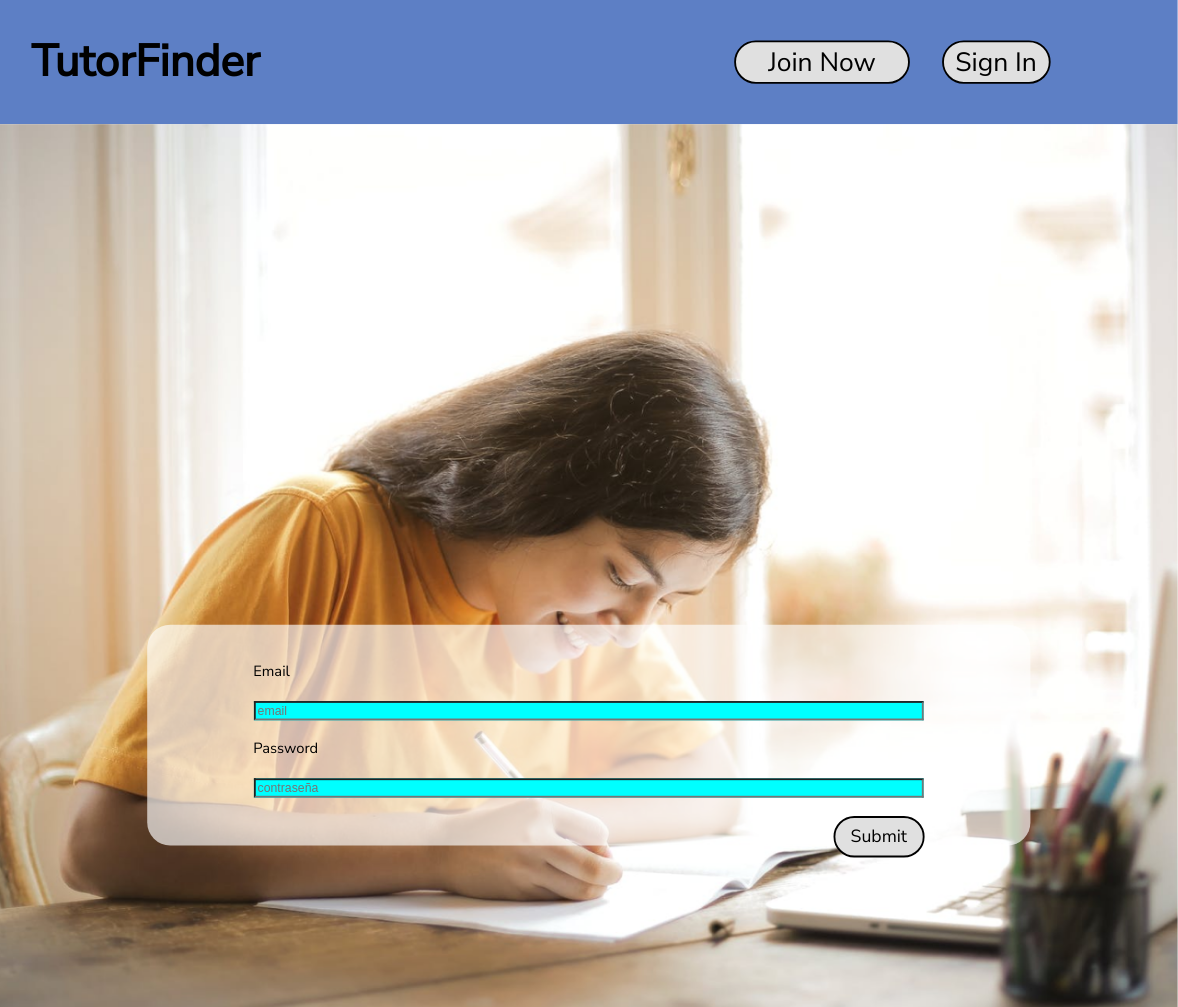
Repository: uprm-inso-4117-2020-2021-s2/semester-project-uprm-inso-4117-2020-2021-s2-team-7
Page: / (app in tutorfinder/)
The author's editor kept a copy of each file at every save. The page is drawn from the files as they stood at one save, then again after the next save.
The browser window is 1280 px wide. The pictures show the whole page, at 92% of full size.
The project was rebuilt for these pictures with package versions that can differ from the ones it lists, and the page was loaded fresh each time. Also part of the build but not shown: tutorfinder/src/App.css, tutorfinder/src/Search.js.

Above is the page before, as saved 2021-03-30 00:26:03.

### tutorfinder/src/App.js
import React from "react";
import './App.css';
import Nav from './Nav.js';
import Welcome from "./Welcome";




function App() {
  return (

      <div className="">

        <Nav />
     <Welcome/>

      </div>

  );
}



export default App;

### tutorfinder/src/Nav.js
import React from "react";
import "./App.css";
import "./Nav.css"

class Nav extends React.Component {

  render(){

  return (
    <div className="">
  <table className="navBar">
      <tr>
          <td className="left"><h1 className="title">TutorFinder</h1></td>

          <td className="middle "><button className="buttons buttonLetters ">Join Now</button></td>
          <td className="right"><button className="buttons buttonLetters">Sign In</button></td>
      </tr>
      </table>

    </div>
  );
}
}

export default Nav;

### tutorfinder/src/Welcome.js
import React from "react";
import "./App.css";
import "./Welcome.css"
import foto from "./assets/bg.png"
import Search from "./Search";
import Login from "./Login";

class Welcome extends React.Component {

  render(){

  return (
    <div className="background">


 {/* <Search/> */}
 <Login/>

    </div>
  );
}
}

export default Welcome;

### tutorfinder/src/Nav.css
@import url("https://fonts.googleapis.com/css2?family=Nunito+Sans&display=swap");

.title {
  font-family: "Nunito Sans", sans-serif;
  font-style: normal;
  font-weight: bold;
  font-size: 48px;
  line-height: 65px;

}

.navBar {
    table-layout: fixed;
  background-color: #5d7fc5;
  width: 100%;
}

.buttons {
  background: #e0e0e0;
  border-radius: 45px;
  outline: none;
  border-style: solid;

}

.buttonLetters {
  font-family: "Nunito Sans", sans-serif;
  font-style: normal;
  font-weight: 300;
  font-size: 1.8em;
  line-height: 41px;
  text-align: center;
  padding-right: 10%;
  padding-left: 10%;

}

.left{
text-align: left;
padding-left: 2.5%;
width: 50%;
}

.right{
    text-align: left;
    padding-right: 10%;
    width: 20%;
}

.middle{
    /* background-color: red; */
    text-align: right;
    padding-right: 2.5%;
}

### tutorfinder/src/Welcome.css

@import url("https://fonts.googleapis.com/css2?family=Nunito+Sans&display=swap");

.background{
background-image: url("./assets/bg.png");
width:100%;
height:60em;
position:relative;
}

.square{
    background: rgba(255, 255, 255, 0.65);
border-radius: 25px;
text-align: center;
}

.everything{
    position:absolute;
    top:50%;
    left:50%;
    width :75%;
    height:25%;
    margin-left:-37.5%;
    margin-top:5%;

}

.search{
    width: 100%;
    background: #FFFFFF;
box-shadow: 0px 4px 4px rgba(0, 0, 0, 0.25);
border-radius: 50px;
height: 1.5em;
}

.paragraph{
    font-family: "Nunito Sans", sans-serif;
font-style: normal;
font-weight: 300;
font-size: 1.5em;
line-height: 49px;
text-align: center;
}

.heading{
    font-family: "Nunito Sans", sans-serif;
font-style: normal;
font-weight: bold;
font-size: 3em;
line-height: 87px;
text-align: center;
}

.login{
    position:absolute;
    top:50%;
    left:50%;
    width :75%;
    height:25%;
    margin-left:-37.5%;
    margin-top:5%;
    text-align: center;
    background: rgba(255, 255, 255, 0.65);
    border-radius: 25px;
}

.size{
    width: 75%;
    background-color: aqua;
}

.fullWidth{
    width: 100%;
}

.text-right{
    text-align: right;
    padding-right: 12%;
}

.text-left{
    text-align: left;
    padding-left: 12%;
    font-family: "Nunito Sans", sans-serif;
    font-size: 1em;
}

.submit{
    font-family: "Nunito Sans", sans-serif;
    font-style: normal;
    font-weight: 300;
    font-size: 1.2em;
line-height: 200%;
    text-align: center;
    padding-right: 2%;
    padding-left: 2%;
}

### tutorfinder/src/Login.js
import React from "react";
import "./App.css";
import "./Welcome.css"
import { Input, FormGroup, Label, Form, Container, Button, Col} from 'reactstrap';

class Login extends React.Component {

  render(){

  return (
    <div className="login">
<div className="fullWidth">
<br>
      </br>

<Container className="">

<Form className=""  >
  <br>
  </br>
          <Col className="">
            <FormGroup inline>
<div className="text-left">
              <Label >Email</Label>
              </div>
              <br></br>
              <Input
                type="email"
                name="email"

                id="exampleEmail"
                placeholder="email"
           className="size"
              />
            </FormGroup>
          </Col>
          <br></br>
          <Col className="">
            <FormGroup >
            <div className="text-left">
              <Label for="">Password</Label>
              </div>
              <br></br>
              <Input
                type="password"
                name="password"

                id="examplePassword"
                placeholder="contraseña"
                className="size"
              />
            </FormGroup>
          </Col>
          <div className="text-right">
<br></br>

          <Button  color="danger" type="submit" className="buttons submit"  >Submit</Button>
          </div>
        </Form>
<br>
</br>
      </Container>



      </div>

    </div>

  );
}
}

export default Login;

Loaded but not shown: tutorfinder/public/index.html (common file); tutorfinder/src/index.js (common file); tutorfinder/src/index.css (common file); tutorfinder/src/reportWebVitals.js (common file)

After the next save:
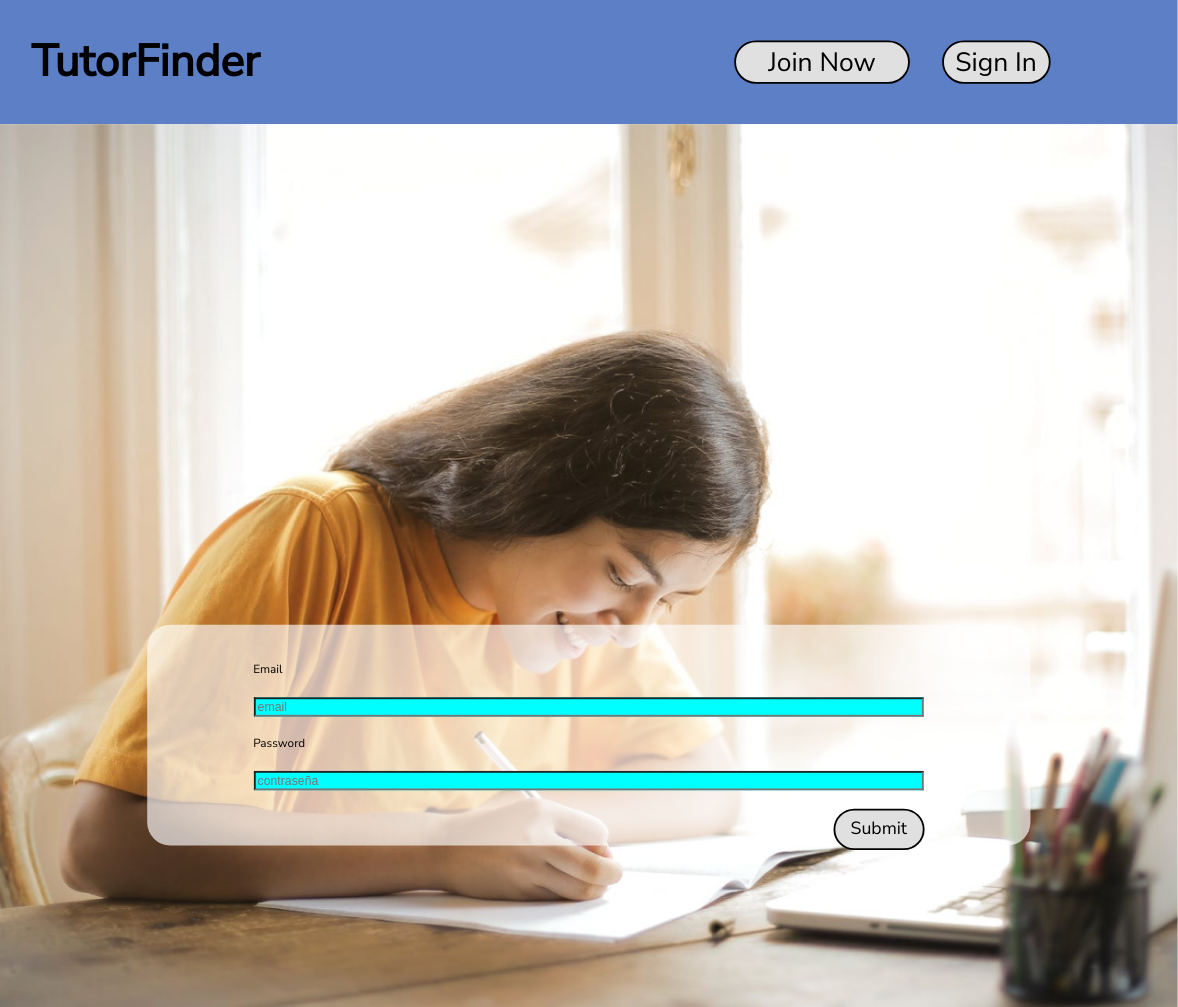
Saved 5 s later.
--- a/tutorfinder/src/Welcome.css
+++ b/tutorfinder/src/Welcome.css
@@ -82,7 +82,7 @@
     text-align: left;
     padding-left: 12%;
     font-family: "Nunito Sans", sans-serif;
-    font-size: 1em;
+    font-size: .8em;
 }
 
 .submit{

After the save that followed:
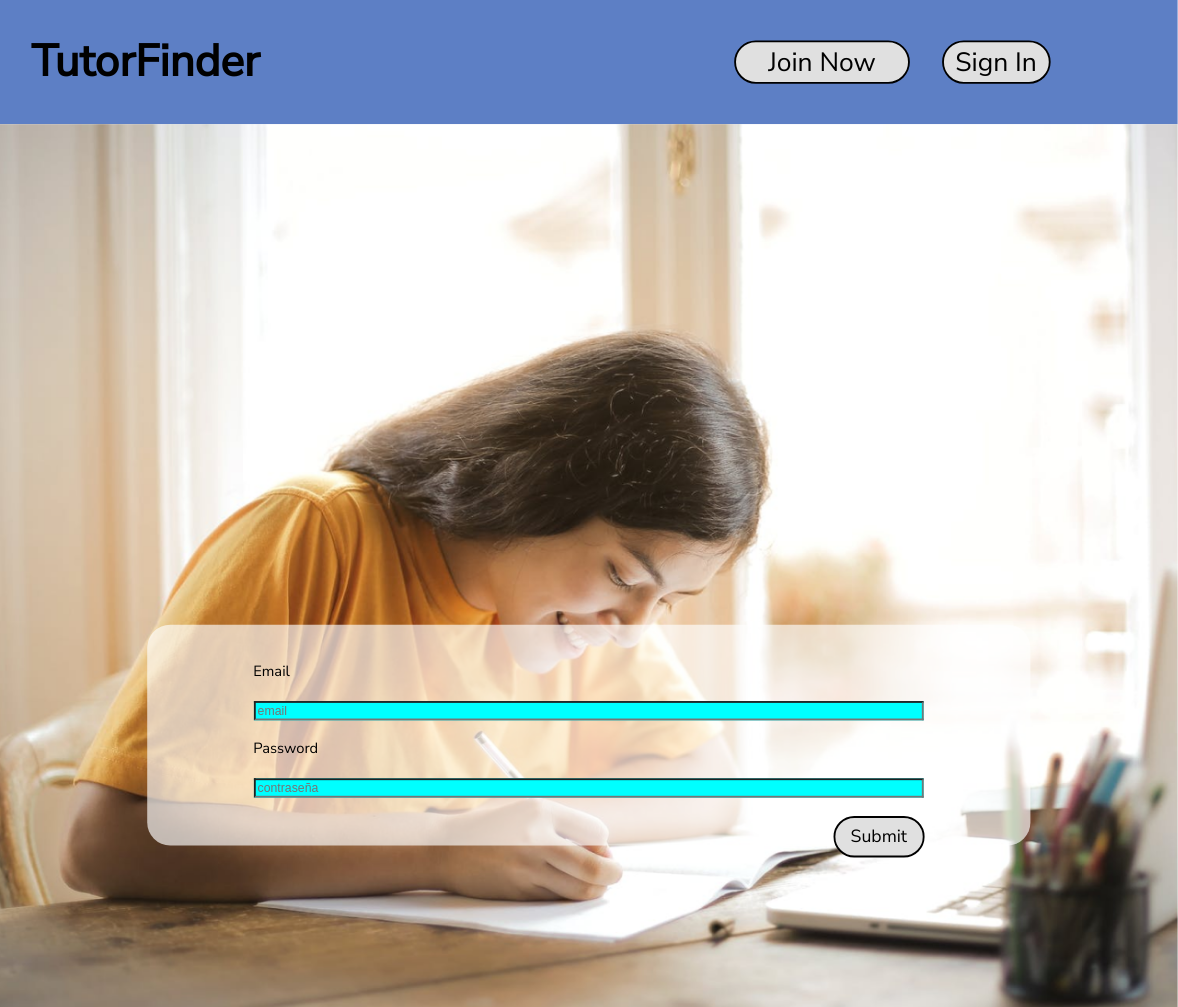
Saved 6 s later.
--- a/tutorfinder/src/Welcome.css
+++ b/tutorfinder/src/Welcome.css
@@ -82,7 +82,7 @@
     text-align: left;
     padding-left: 12%;
     font-family: "Nunito Sans", sans-serif;
-    font-size: .8em;
+    font-size: 1em;
 }
 
 .submit{
